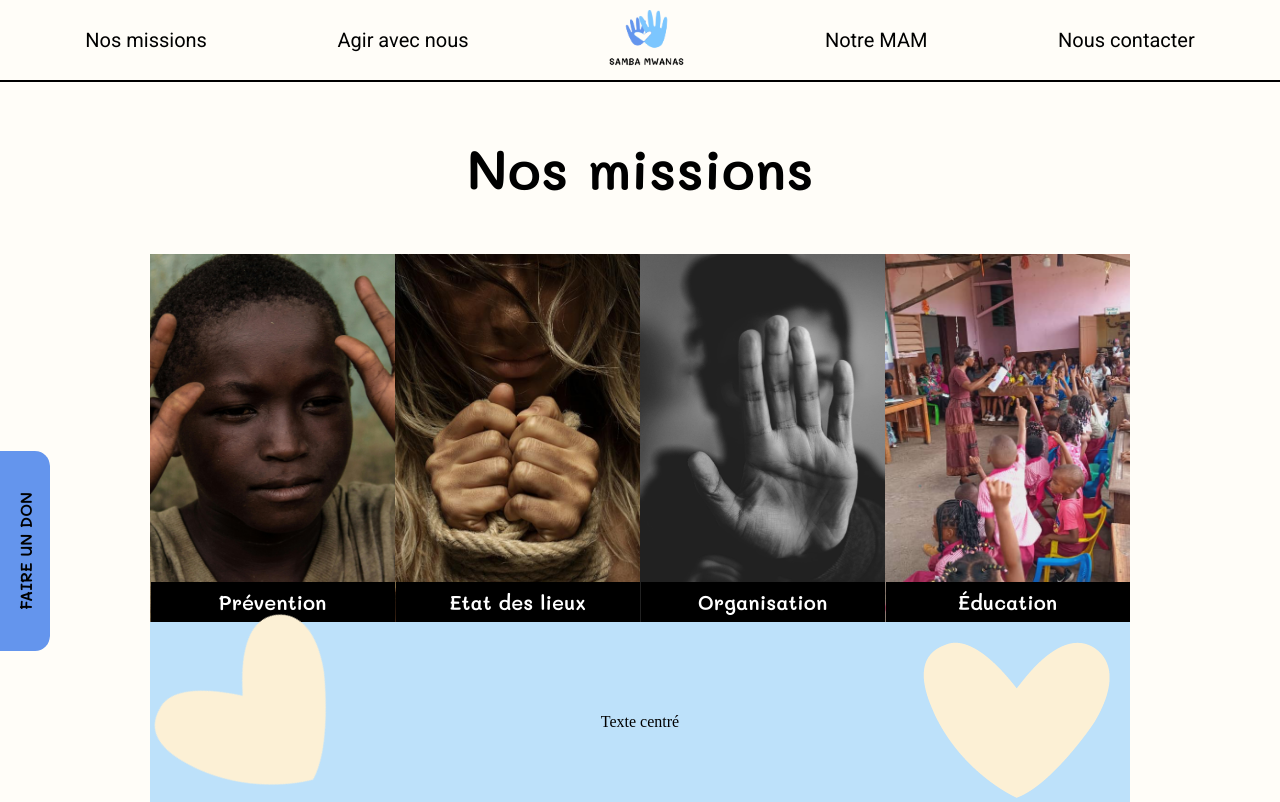
Repository: Danie-lDasilva/Samba-Mwanas
Page: Nos missions.html
The author's editor kept a copy of each file at every save. The page is drawn from the files as they stood at one save, then again after the next save.
The browser window is 1280 px wide. The pictures show the part of the page from y = 0 to 802 px (the page is 1537 px tall).
A picture or video elsewhere on the page could not be fetched, so the positions and the page height are approximate.

Above is the page before, as saved 2025-03-07 09:51:27.

After the next save:
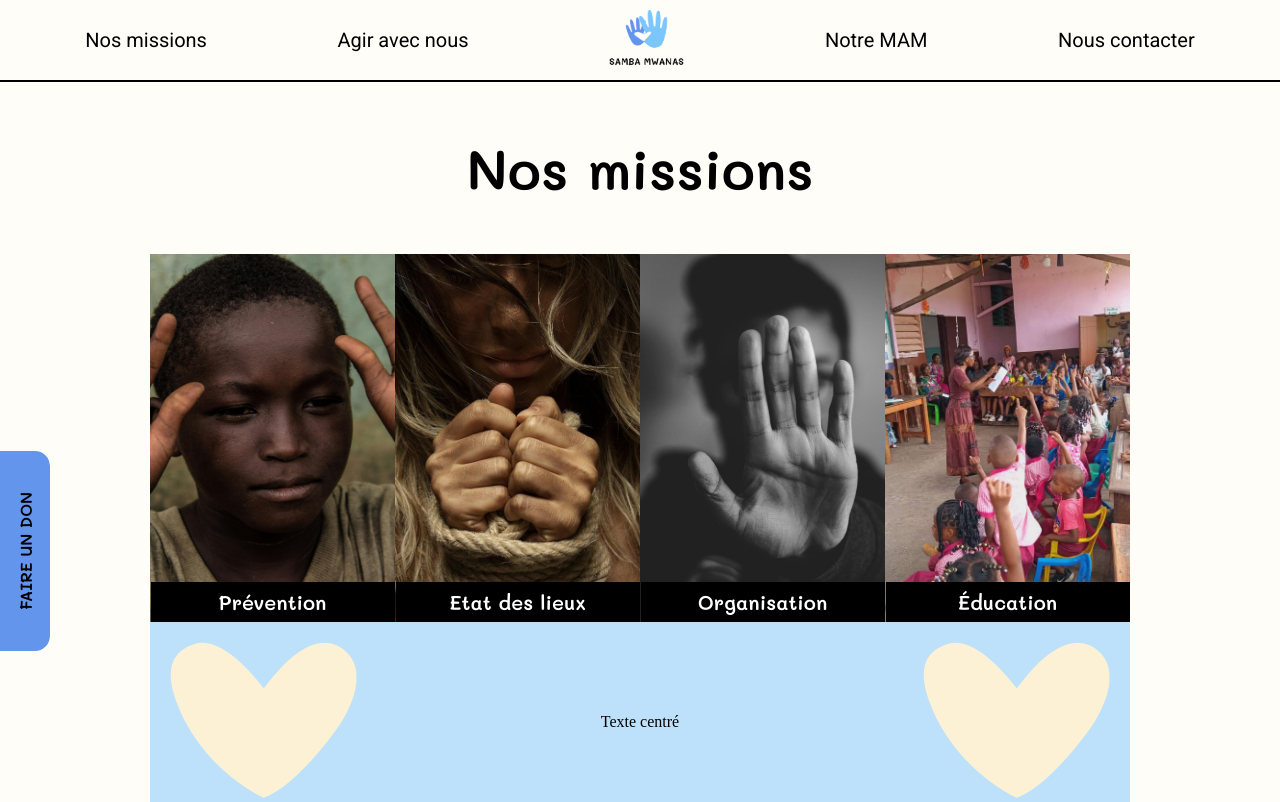
Saved 30 s later.
--- a/assets/css/Nos missions.css
+++ b/assets/css/Nos missions.css
@@ -107,10 +107,6 @@
     width: auto;
 }
 
-.side1 {
-    rotate: -20deg;
-}
-
 .center-text {
     flex: 1;
     text-align: center;
